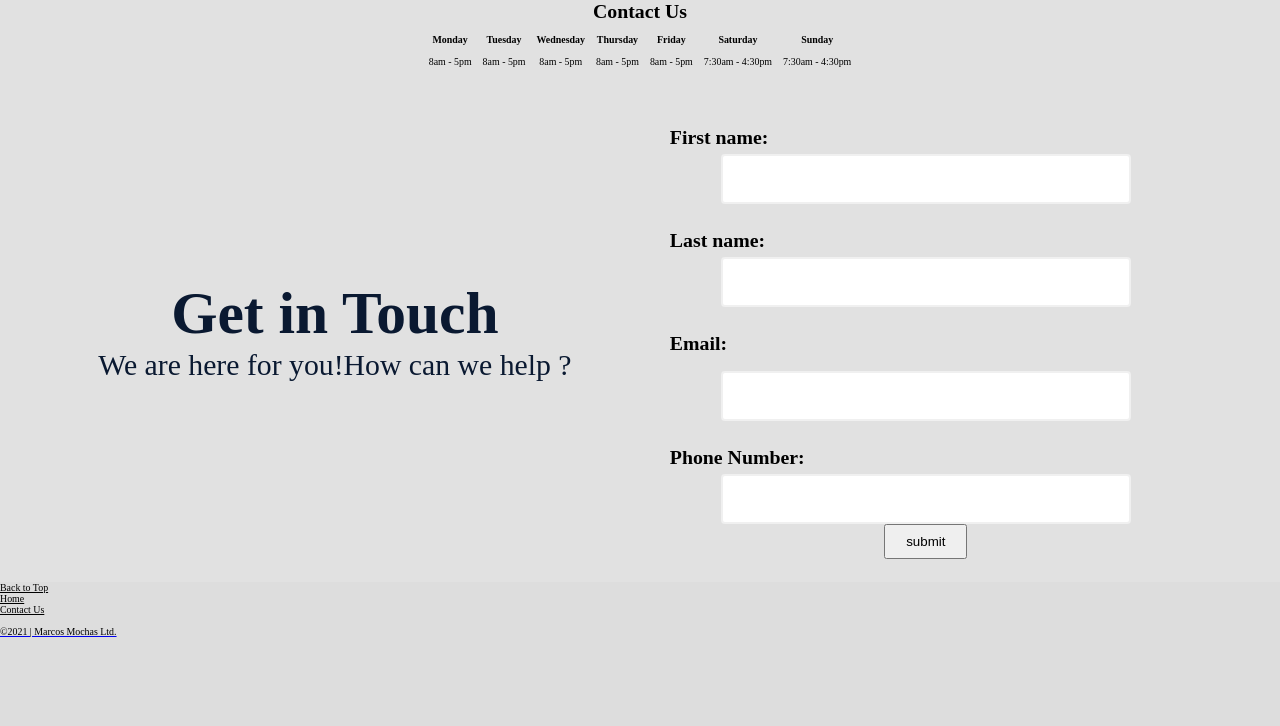
Repository: CAMPSLOPY/marcos-mochas
Page: HTML/contact.html
An editor plug-in stored every save of this project. The page is shown before and after the next save, followed by the edit.
The browser window is 1280 px wide. The pictures show the whole page.

Above is the page before, as saved 2021-07-02 19:13:28.

### HTML/contact.html
<!DOCTYPE html>
<html lang="en">
<head>
    <meta charset="UTF-8">
    <meta http-equiv="X-UA-Compatible" content="IE=edge">
    <meta name="viewport" content="width=device-width, initial-scale=1.0">
    <meta name="robots" content="index,follow" />
    <meta
      name="description"
      content=""
    />
    <link rel="stylesheet" href="/CSS/contact.css">
    <title>Contact Us</title>
</head>
<body>
    <header >
        <!--page hours title-->
        <h1  class="header-tex">Contact Us</h1>



    <div class="header-table-content">


        <!--Page hours and contact form-->
        <table cellspacing="11">
        <tr>
            <th>Monday</th>
            <th>Tuesday</th>
            <th>Wednesday</th>
            <th>Thursday</th>
            <th>Friday</th>
            <th>Saturday</th>
            <th>Sunday</th>
        </tr>
        <tr>
            <td>8am - 5pm</td>
            <td>8am - 5pm</td>
            <td>8am - 5pm</td>
            <td>8am - 5pm</td>
            <td>8am - 5pm</td>
            <td>7:30am - 4:30pm</td>
            <td>7:30am - 4:30pm</td>
        </tr>
        </table>
    </div>
</header>


<main>
<div class="form-content">
    <div class="form-content-text">
    <h1>Get in Touch</h1>
    <p>We are here for you!How can we help ?</p>
    </div>

    <!--Hours table start here-->

        <!--Form starts here-->
        <!-- i wrapped the form inside a div content so that we can give it freedo
        when styling -->

            <form class="contact-form" action="">


                <div class="form-control">
                    <!--first name input/required-->
                    <label for="fname">First name:</label>
                    <input type="text" id="fname" name="fname" value="" required>
                </div>
               <div class="form-control">
                 <!--last name input/required-->
                 <label for="lname">Last name:</label>
                 <input type="text" id="lname" name="lname" value="" required>
               </div>

               <div class="form-control">
                  <!--email address input/required-->
                  <label for="email">Email:</label><br>
                  <input type="text" id="email" name="Email" value="" required>
               </div>

               <div class="form-control">
                   <!--Phone number input/not required-->
                <label for="Phone">Phone Number:</label>
                <input type="text" id="phone" name="Phone" value="">
               </div>

                <!--Submit button-->
                <button class="btn" type="submit">submit</button>
                      </form>
        </div>

    </main>

    <!--page navi links & copyright-->
    <footer>
        <div class="contact-footer">
        <ul>
            <!-- IDEA: img / just text for our "logo" -->
            <li><a href="#top">Back to Top</a></li>
            <li><a href="/HTML/Index.html">Home</a></li>
            <li><a href="/HTML/contact.html">Contact Us</la></li>
        </ul>
        </div>
        <br>
        <!--Copyright class -->
        <div class="copyright">
            <p>&copy;2021 | Marcos Mochas Ltd.</p>
        </div>
    </footer>
</body>
</html>

### CSS/contact.css

/* universal styling of the contact page */
* {
    margin: 0;
    padding: 0;
    box-sizing: border-box;
}

body{
    min-height: 100vh;
    background: #dddd;
}

html{
    font-size: 62%;
}

footer{
    min-height: 20vh;
    background: #dddd;
}

footer ul li a{
    color: black;
}

header{
    text-align: center;
    min-height: 10vh;

}
.header-table-content{
    display: flex;
    flex-direction: column;
    align-items: center;
    justify-content: center;
}

/* styling the Form */

.form-content{
   text-align: center;
   display: flex;
   min-height: 70vh;
justify-content: space-evenly;
align-items: center;


}

.form-content-text{
    font-size: 3rem;
    color: #0A1931;
}
.contact-form{
    width: 40%;
    position: relative;
}
.form-control{
    margin-top: 2rem;
    position: relative;
}

.form-control label{
  font-size: 2rem;
  display: block;
  text-align: left;
  font-weight: bold;
  padding: 5px 0px;
}
.form-control input{
    border: 2px solid #f0f0f0;
    border-radius: 4px;
    display: block;
    width: 80%;
    margin: auto;
    font-size: 14px;
    padding: 15px;
    outline: none;
}

.btn{
    padding: 8px 20px;
    cursor: pointer;
    positi
}

/* styling for hours table */

table {

}


/*Footer css code*/

/*The links at the bottom of the footer shouldnt be stacked up and placed at the bottom of the page*/

.contact-footer {

    color: black;
}

.copyright {
    color: black;
}

After the next save:
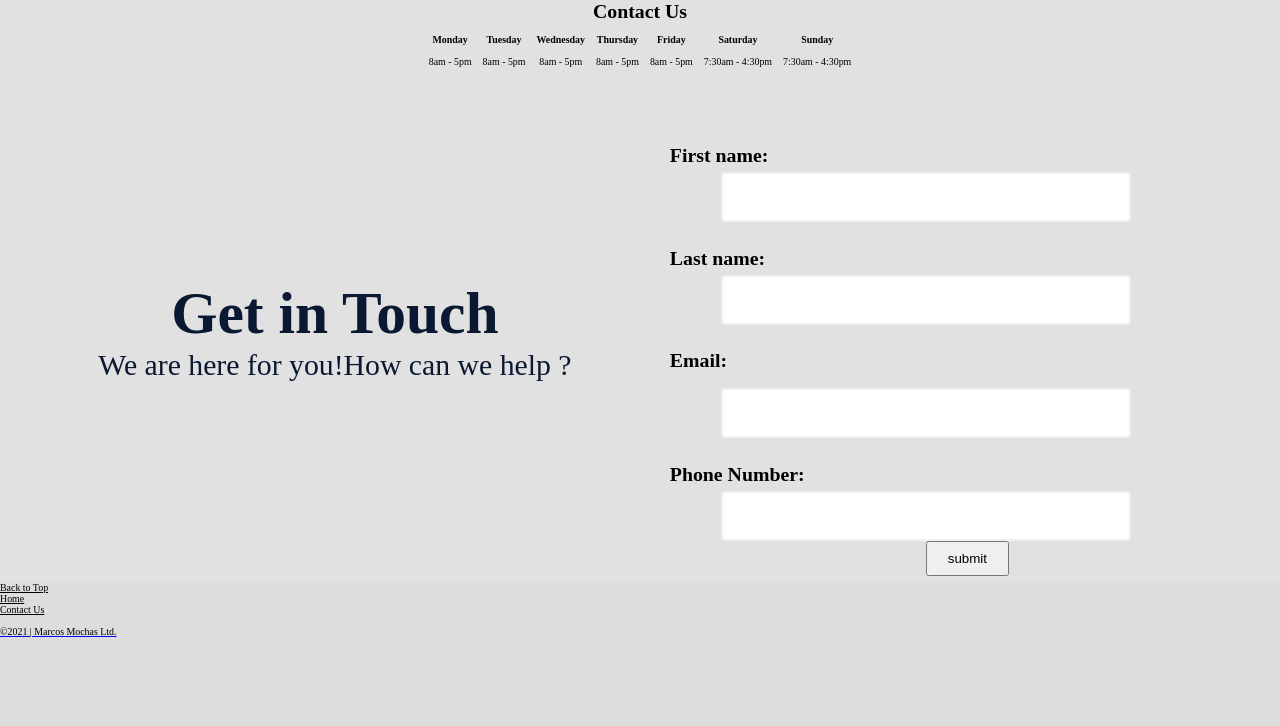
Saved 4 s later.
--- a/CSS/contact.css
+++ b/CSS/contact.css
@@ -82,7 +82,7 @@ align-items: center;
 .btn{
     padding: 8px 20px;
     cursor: pointer;
-    positi
+    position: absolute;
 }
 
 /* styling for hours table */
